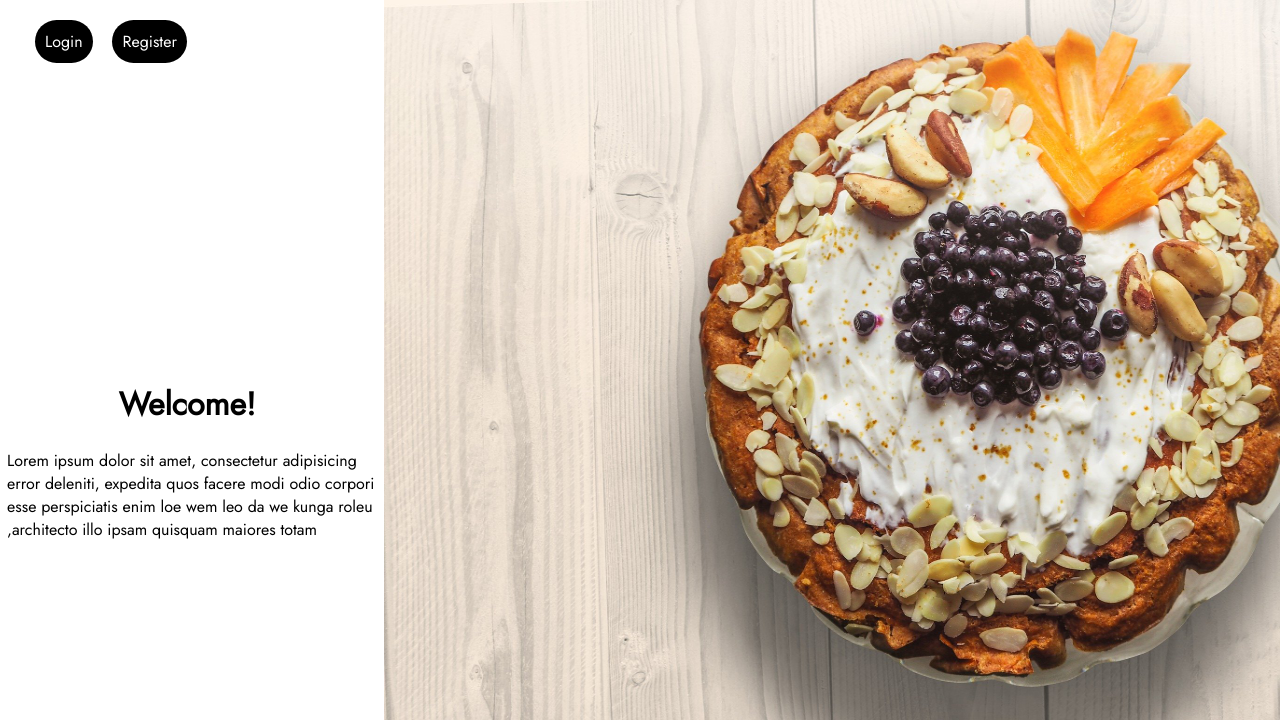
Repository: PatryxB/recipeCook
Page: http://localhost/
An editor plug-in stored every save of this project. The page is shown before and after the next save, followed by the edit.
The browser window is 1280 px wide. The pictures show the whole page.
The page is served by the project's Laravel application, run on PHP 8.4 with Laravel 8. Style sheets and scripts are compiled from the project's sources, by tool versions that may differ from the author's.

Above is the page before, as saved 2020-05-02 11:28:29.

After the next save:
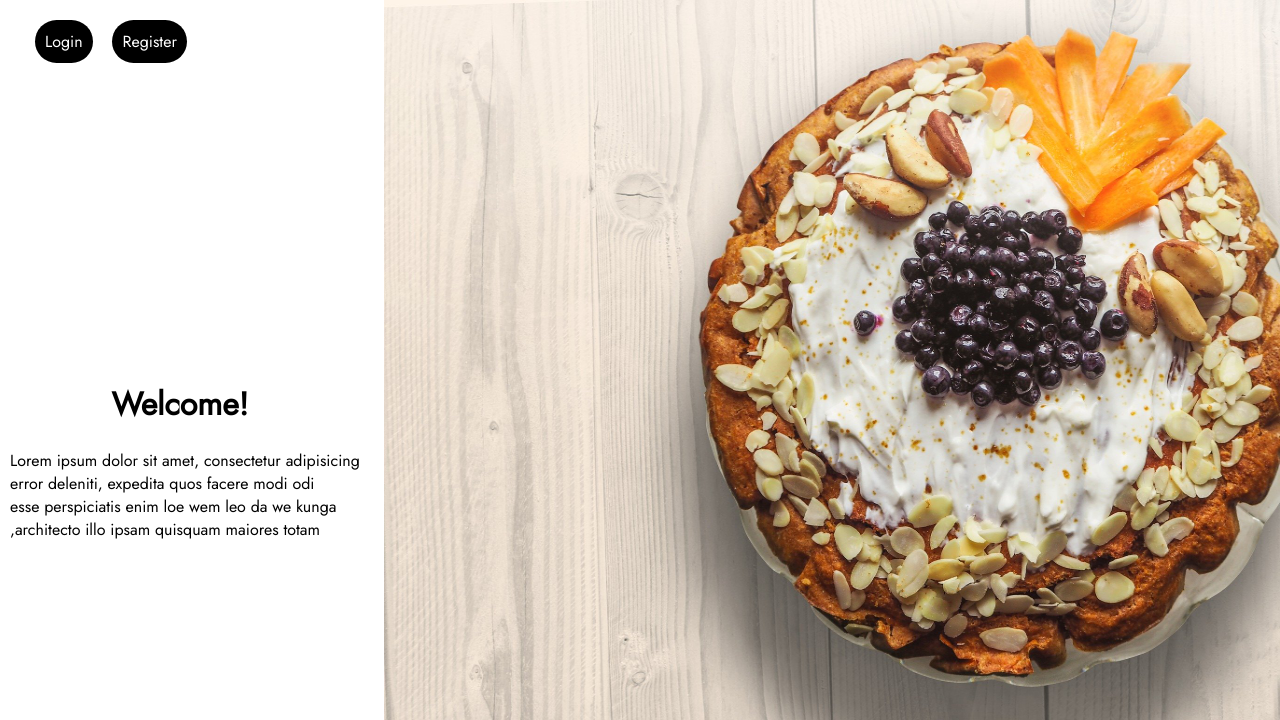
Saved 23 s later.
--- a/resources/views/welcome.blade.php
+++ b/resources/views/welcome.blade.php
@@ -20,9 +20,9 @@
             <div class="info">
                 <div class="text">
                     <h1 style="text-align: center">Welcome!</h1>
-                    <p style="margin-left:7px;">Lorem ipsum dolor sit amet, consectetur adipisicing <br>
-                    error deleniti, expedita quos facere modi odio corpori <br>
-                    esse perspiciatis enim loe wem leo da we kunga roleu <br>
+                    <p style="margin-left:10px;">Lorem ipsum dolor sit amet, consectetur adipisicing <br>
+                    error deleniti, expedita quos facere modi odi <br>
+                    esse perspiciatis enim loe wem leo da we kunga<br>
                     ,architecto illo ipsam quisquam maiores totam </p>
                 </div>
             </div>
